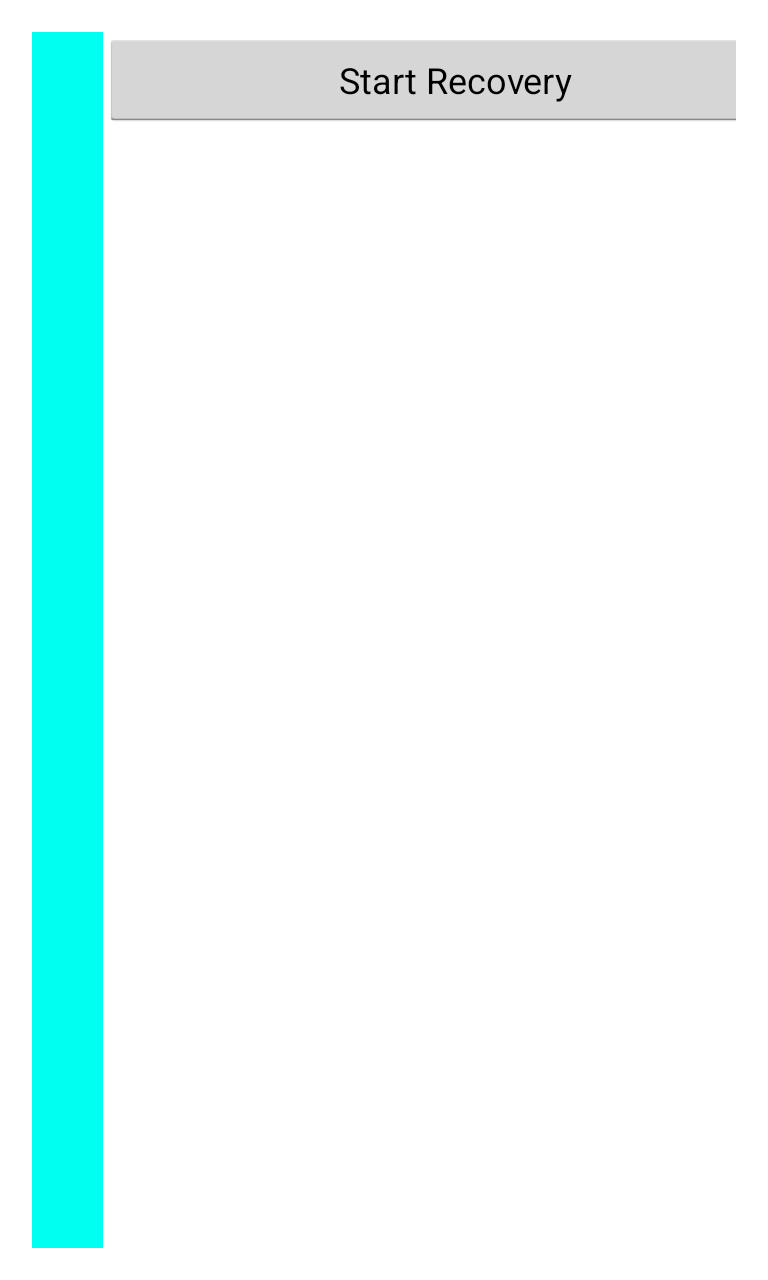
Repository: zzttt/LVM_BackupSol
Layout: TimeTraveler/res/layout/activity_recv.xml
These files come from the project's save history. The layout is drawn as it stood at one moment and after a run of saves; the edit follows.
It is drawn on a 768 x 1280 px phone screen (xhdpi) without system bars, with theme AppTheme; the app's code is not run. Lists and similar views that code fills are empty.

Above is the layout before, as saved 2014-07-20 13:16:00.

### TimeTraveler/res/layout/activity_recv.xml
<RelativeLayout xmlns:android="http://schemas.android.com/apk/res/android"
    xmlns:tools="http://schemas.android.com/tools"
    android:layout_width="match_parent"
    android:layout_height="match_parent"
    android:paddingBottom="@dimen/activity_vertical_margin"
    android:paddingLeft="@dimen/activity_horizontal_margin"
    android:paddingRight="@dimen/activity_horizontal_margin"
    android:paddingTop="@dimen/activity_vertical_margin" >

    <LinearLayout
        android:layout_width="match_parent"
        android:layout_height="match_parent"
        android:weightSum="1"
        >
    <ListView
        android:id="@+id/lv_recvList"
        android:layout_width="match_parent"
        android:layout_height="match_parent"
        android:smoothScrollbar="true"
        android:background="#00fff0"
        android:layout_weight="0.9"
         >
    </ListView>

    <Button
        android:id="@+id/startRecv"
        android:layout_width="match_parent"
        android:layout_height="wrap_content"
        android:layout_alignParentBottom="true"
        android:text="Start Recovery"
        android:onClick="mOnClick"
        />

    </LinearLayout>
</RelativeLayout>

Loaded but not shown: TimeTraveler/res/values/styles.xml (common file); TimeTraveler/res/values-v11/styles.xml (common file); TimeTraveler/res/values-v14/styles.xml (common file); TimeTraveler/res/values/dimens.xml (common file); TimeTraveler/res/values-w820dp/dimens.xml (common file)

After the next 2 saves:
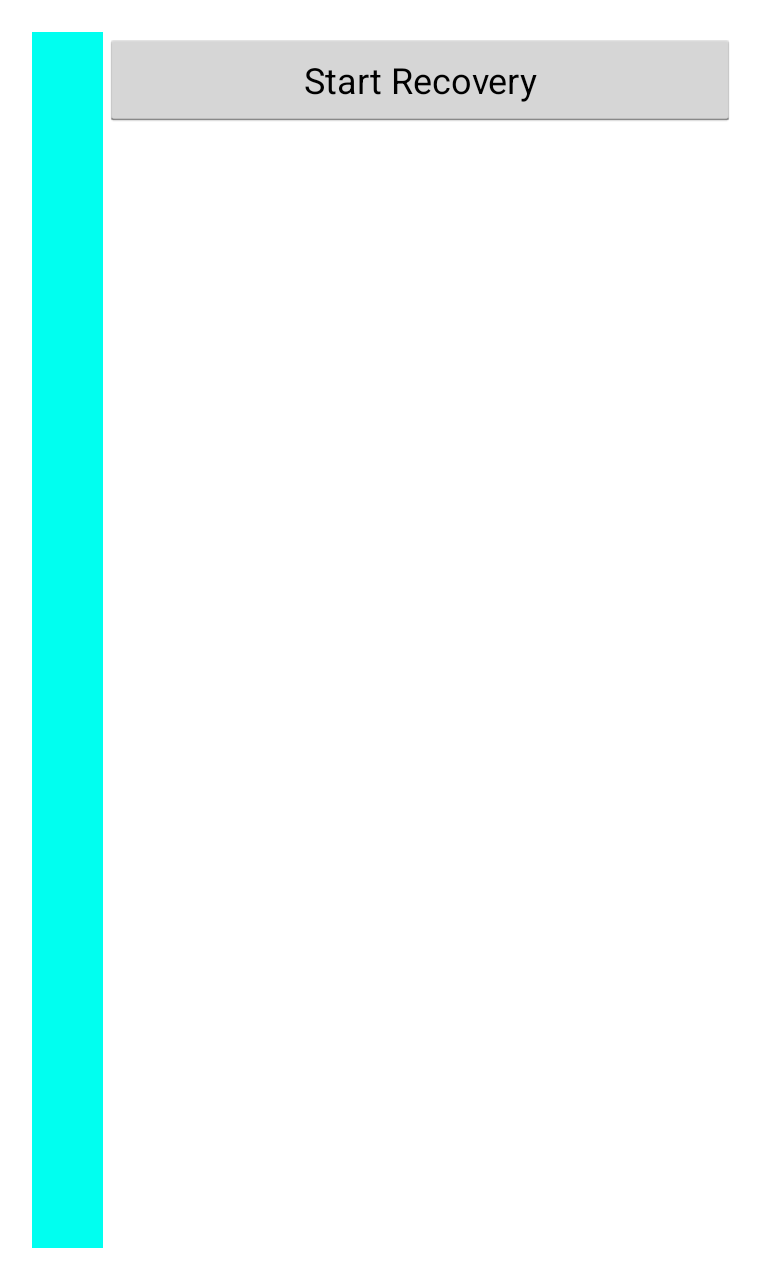
The 2 saves are shown as one change because they came seconds apart.
The last was saved 6 s later.
--- a/TimeTraveler/res/layout/activity_recv.xml
+++ b/TimeTraveler/res/layout/activity_recv.xml
@@ -29,6 +29,7 @@
         android:layout_alignParentBottom="true"
         android:text="Start Recovery"
         android:onClick="mOnClick"
+        android:layout_weight="0.1"
         />
 
     </LinearLayout>
